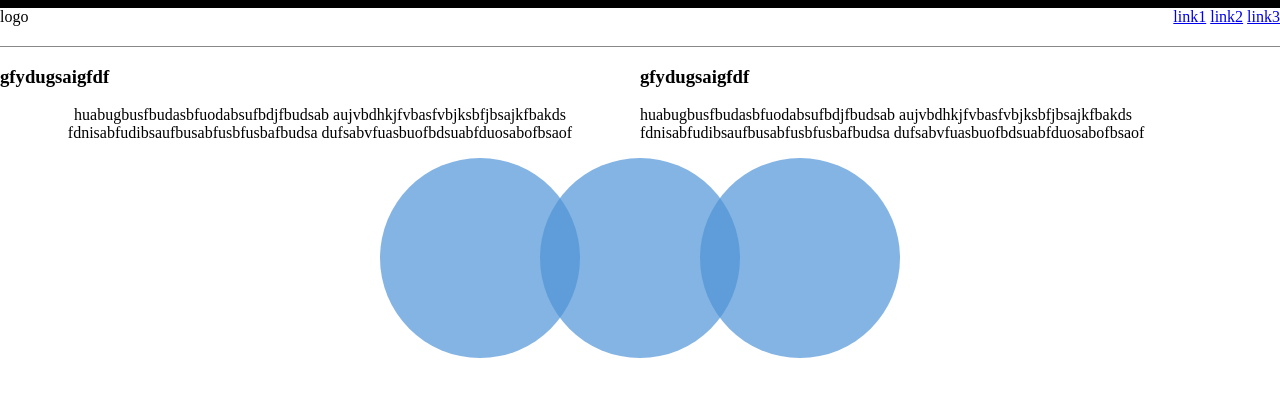
Repository: Gumiin/studia
Page: lesson 2/index.html
These files come from the project's save history. The page is drawn as it stood at one moment and after the next save; the edit follows.
The browser window is 1280 px wide. The pictures show the whole page.
The pointer rests on the first visible `#circle1`.

Above is the page before, as saved 2021-03-17 17:31:27.

After the next save:
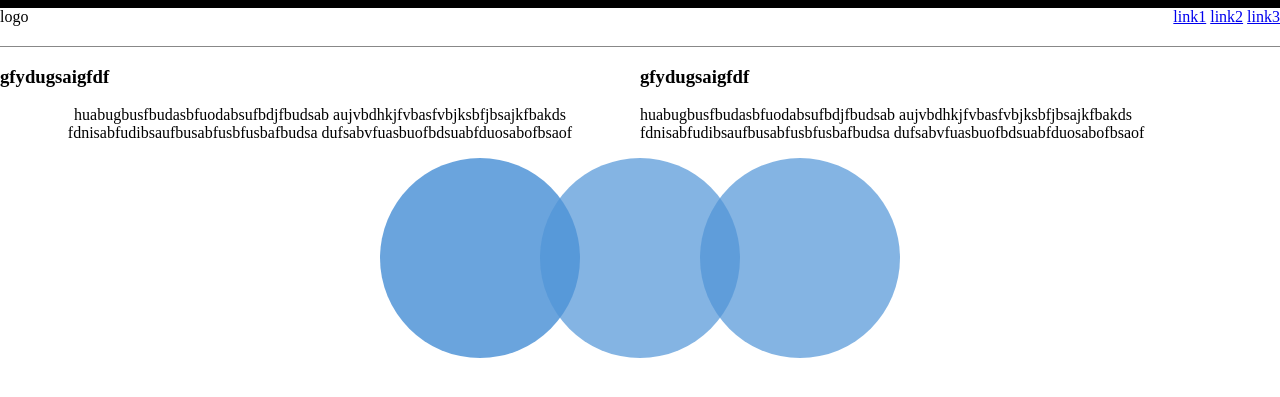
Saved 51 s later.
--- a/lesson 2/style.css
+++ b/lesson 2/style.css
@@ -36,6 +36,9 @@ body{
     opacity: 0.7;
     margin-left: -40px;
 }
+#circle1:hover{
+    opacity: 0.85;
+}
 #circle3{
     background-color:  #5094d8;
     width: 200px;
@@ -44,3 +47,6 @@ body{
     opacity: 0.7;
     margin-left: -40px;
 }
+#circle2:hover{
+    opacity: 0.85;
+}
